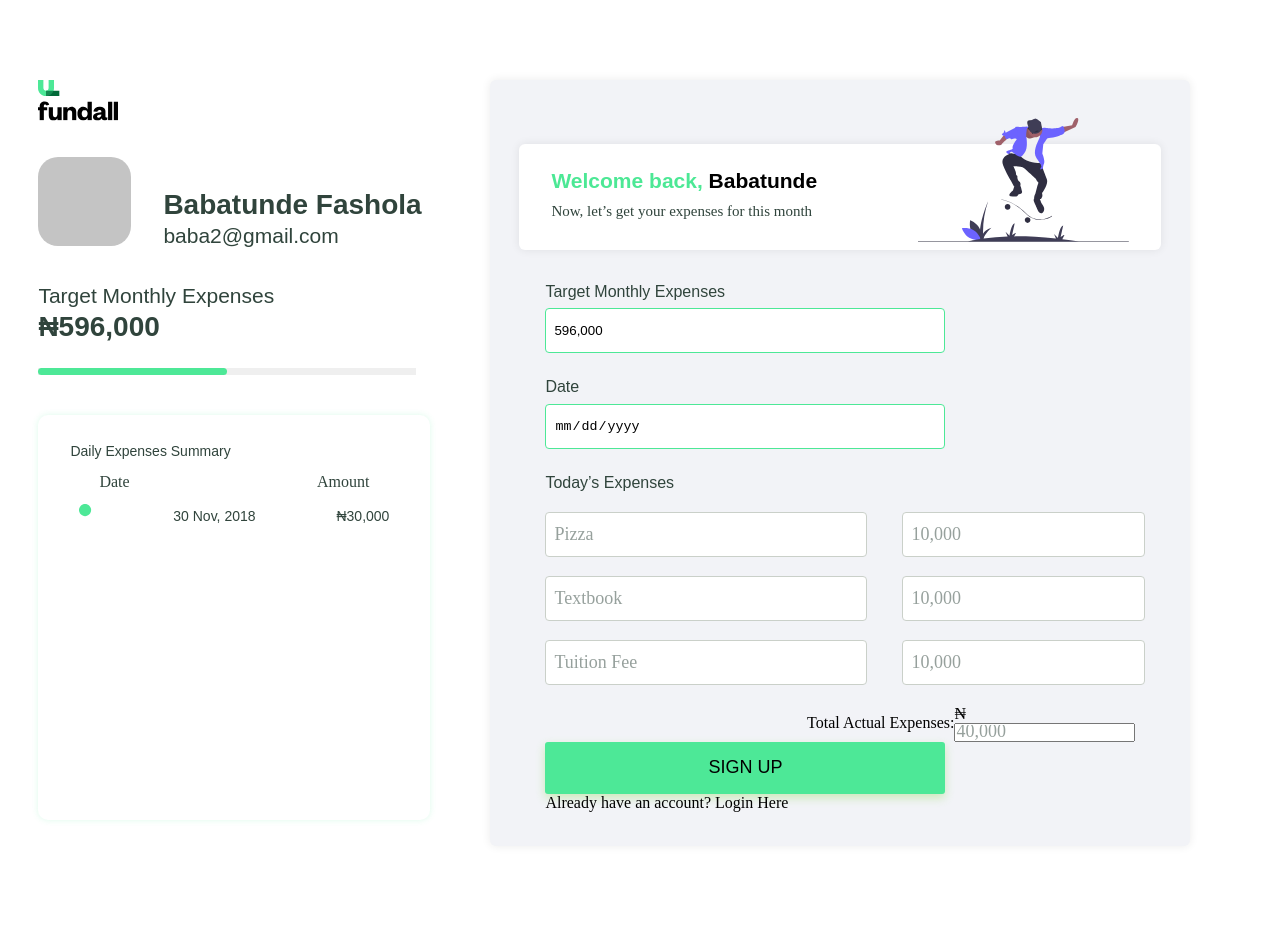
Repository: nilesjamex/niffty
Page: /dashboard
An editor plug-in stored every save of this project. The page is shown before and after the next save, followed by the edit.
The browser window is 1280 px wide. The pictures show the whole page.
The project was rebuilt for these pictures with package versions that can differ from the ones it lists, and the page was loaded fresh each time. Also part of the build but not shown: src/components/Nav.vue, src/views/Home.vue, src/views/SignUp.vue, src/views/Login.vue.

Above is the page before, as saved 2022-04-17 10:42:45.

After the next save:
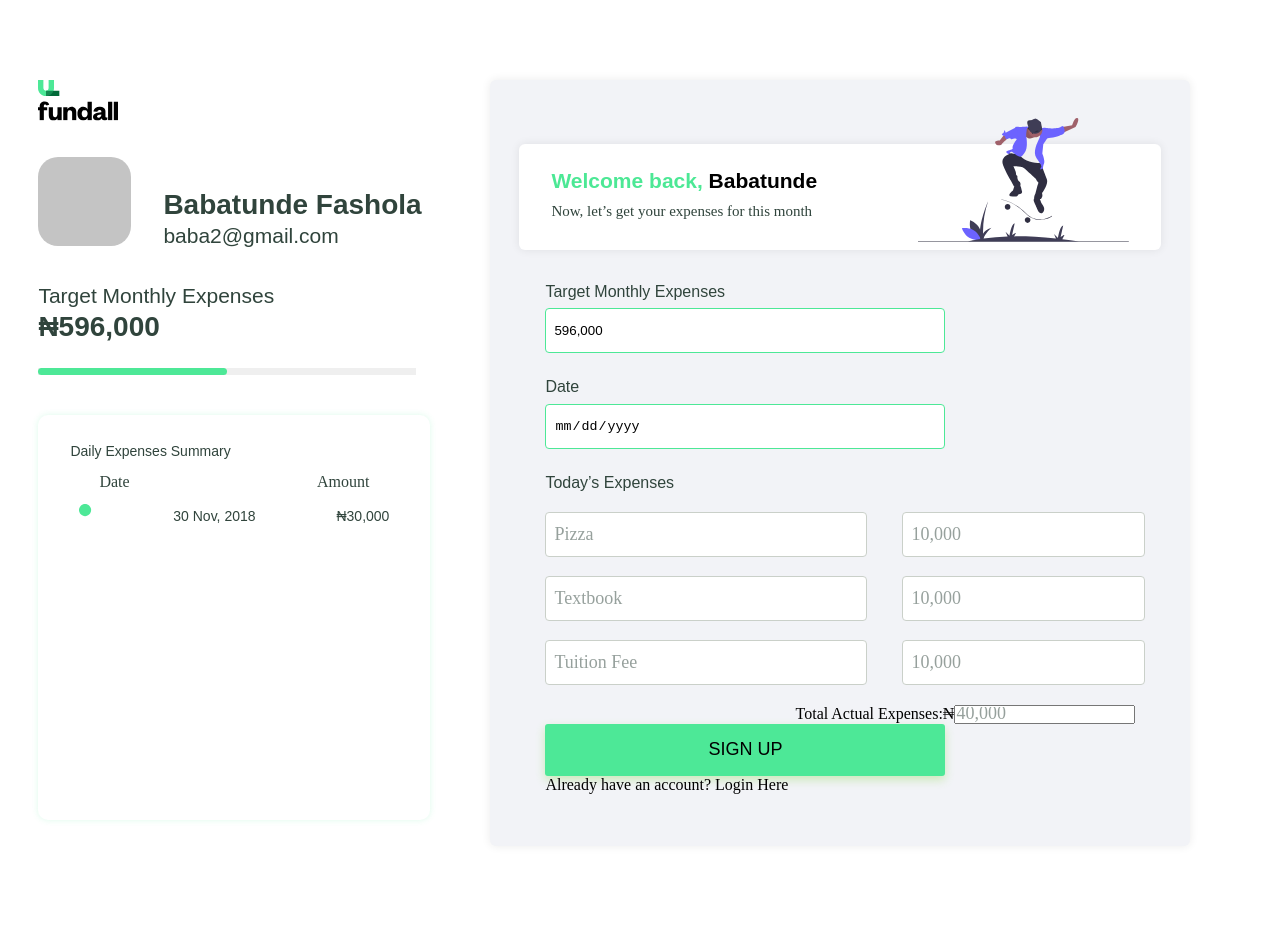
Saved 54 s later.
--- a/src/views/Dashboard.vue
+++ b/src/views/Dashboard.vue
@@ -330,6 +330,11 @@ label {
 .actual--expense {
   @include flex(flex-end, center);
 }
+.actual--expense--input {
+  p {
+    display: inline;
+  }
+}
 /* remove arrow on numbers */
 input[type=number]::-webkit-inner-spin-button,
 input[type=number]::-webkit-outer-spin-button {
